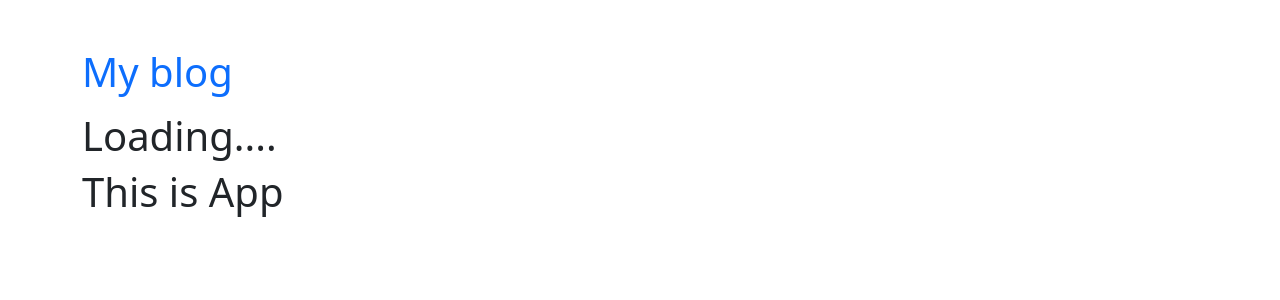
Repository: Prafullkuma/jwttoken
Page: /admin
An editor plug-in stored every save of this project. The page is shown before and after a run of saves, followed by the edit.
The browser window is 1280 px wide. The pictures show the whole page.
The page's requests for data from a server got no answer. The project was rebuilt for these pictures with package versions that can differ from the ones it lists, and the page was loaded fresh each time. No one was signed in, and anything a server would have sent is missing. Also part of the build but not shown: src/App.css.

Above is the page before, as saved 2020-08-28 18:44:02.

After the next 2 saves:
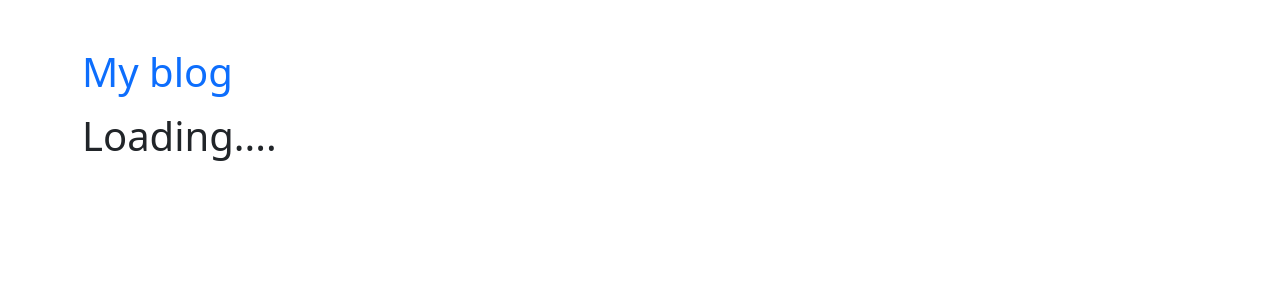
The 2 saves are shown as one change because they came seconds apart.
The last was saved 15 s later.
--- a/src/App.js
+++ b/src/App.js
@@ -44,8 +44,6 @@ function App() {
         <Route path="/admin" component={Dashboard} />
         <Route exact path="/" component={Home} />
       </BrowserRouter> */}
-      <h1>This is App</h1>
-
 
     </div>
   );
